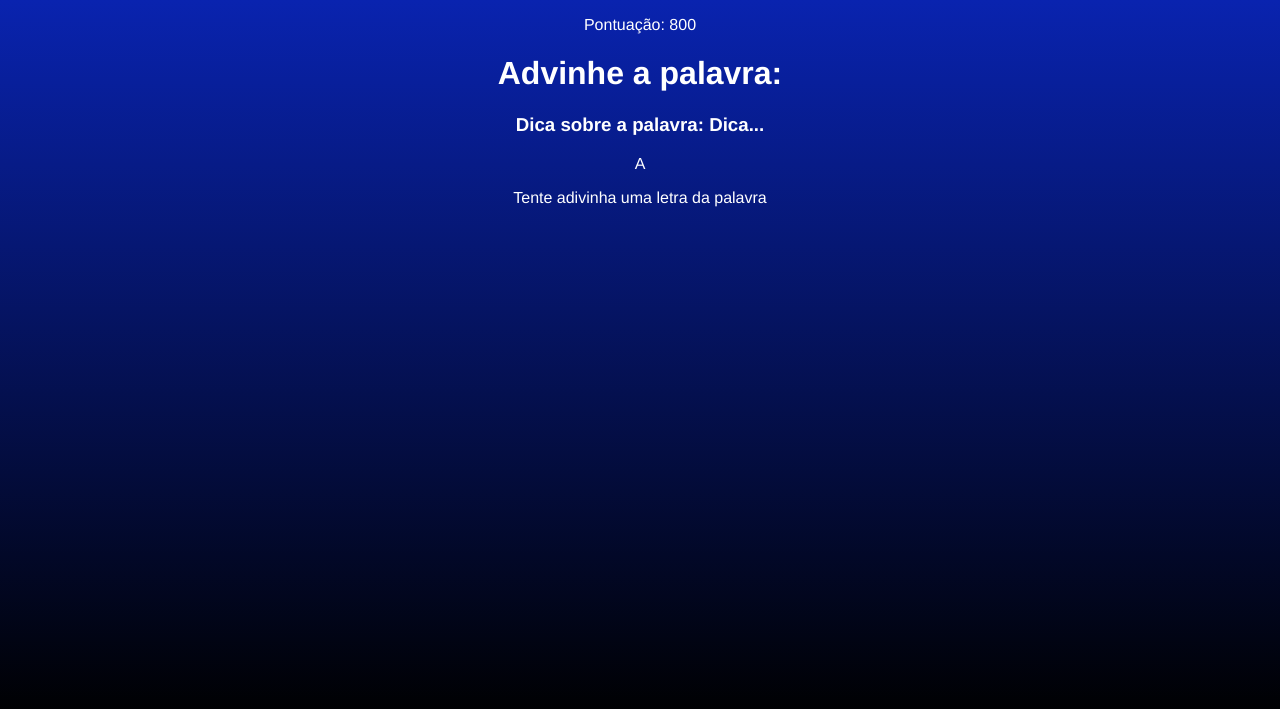
Repository: willamesalmeida/SecretWord
Page: /, after clicking the first element matching `button`
The author's editor kept a copy of each file at every save. The page is drawn from the files as they stood at one save, then again after the next save.
The browser window is 1280 px wide. The pictures show the whole page.
The project was rebuilt for these pictures with package versions that can differ from the ones it lists, and the page was loaded fresh each time. Also part of the build but not shown: src/Global.css, src/components/StartScreen.css, src/components/Game.css, src/components/GameOver.js.

Above is the page before, as saved 2022-10-03 16:51:32.

After the next save:
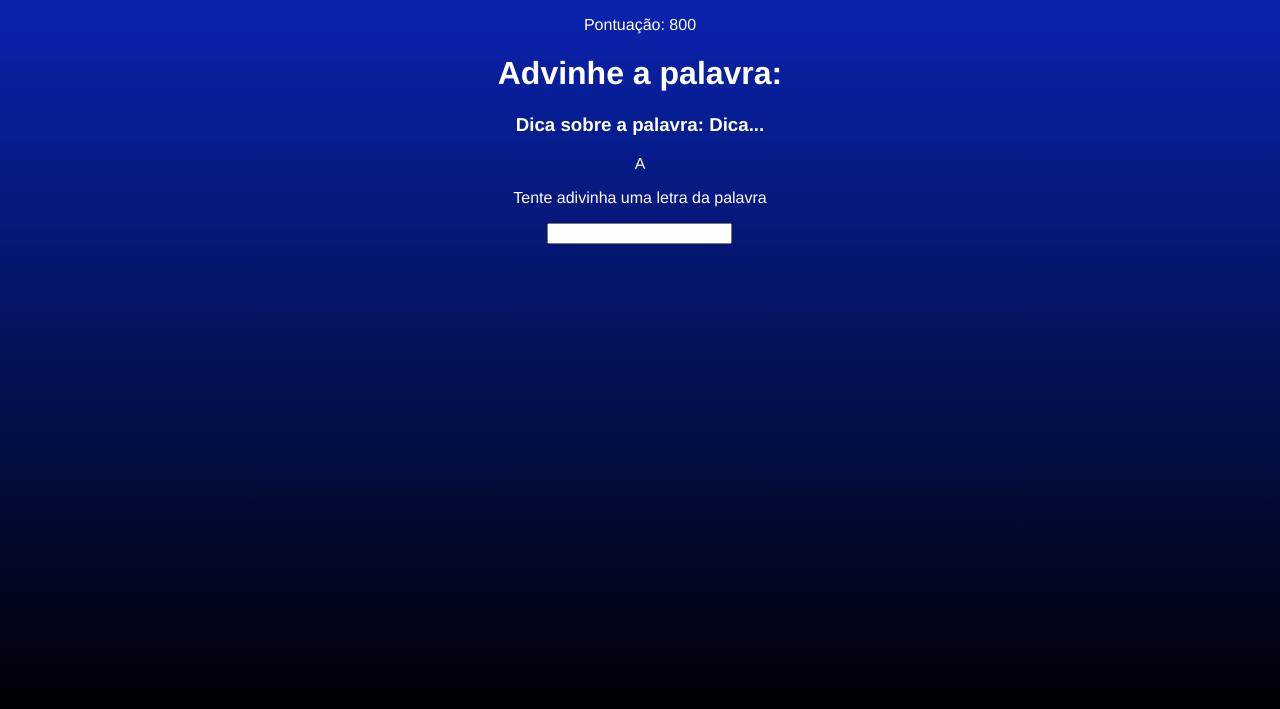
Saved 35 s later.
--- a/src/components/Game.js
+++ b/src/components/Game.js
@@ -16,6 +16,9 @@ const Game = ({verifyLetter}) => {
   </div>
   <div className="letterContainer">
     <p>Tente adivinha uma letra da palavra</p>
+    <form>
+      <input type="text" name="letter" />
+    </form>
   </div>
 </div>
   );
